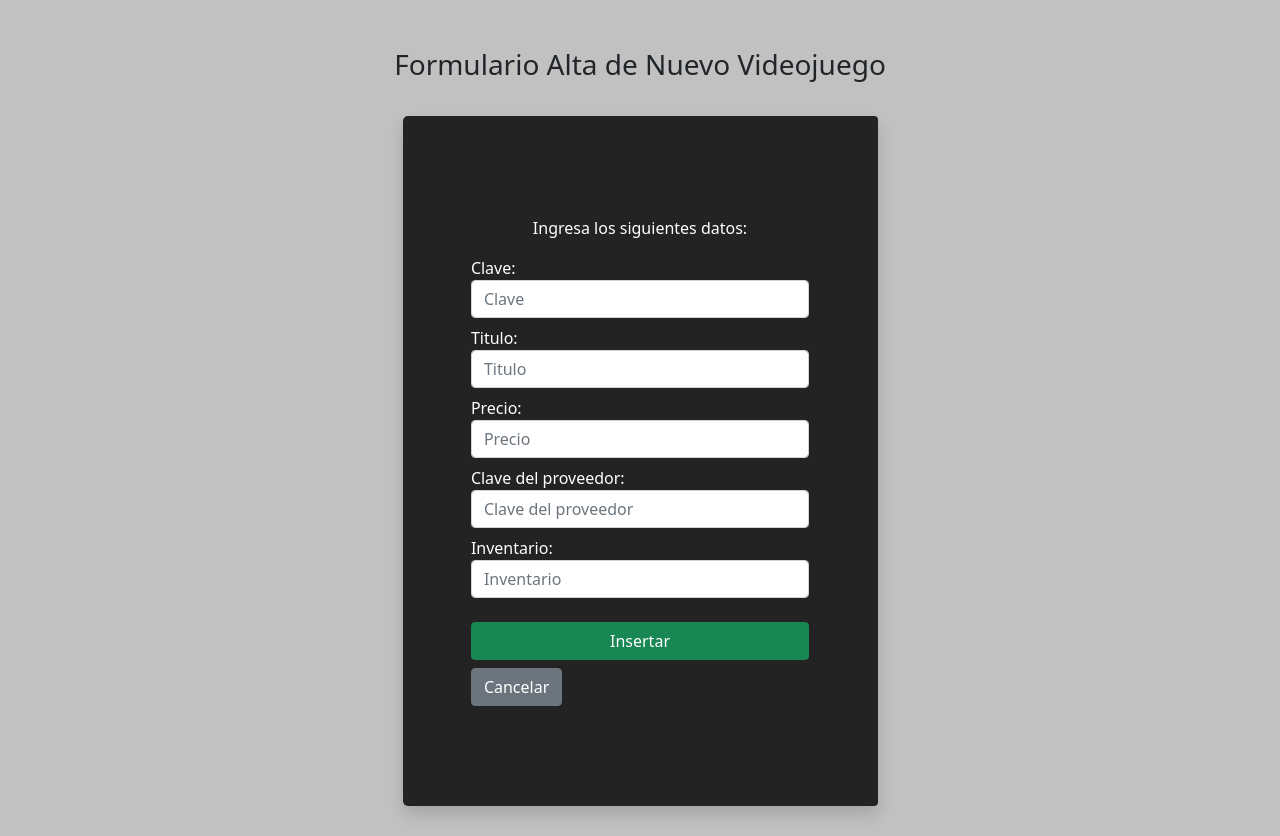
Repository: Jatziri16/JavaEE
Page: http://localhost/TiendaVideojuegos/FormularioInsertarVideojuego.jsp
These files come from the project's save history. The page is drawn as it stood at one moment and after the next save; the edit follows.
The browser window is 1280 px wide. The pictures show the whole page.
The page is served by Tomcat 9. Other server files are loaded and not shown.

Above is the page before, as saved 2023-12-06 22:40:30.

### TiendaVideojuegos/src/main/webapp/FormularioInsertarVideojuego.jsp
<?xml version="1.0" encoding="UTF-8"?>
<!DOCTYPE HTML PUBLIC "-//W3C//DTD HTML 4.01//EN" "http://www.w3.org/TR/html4/strict.dtd">
<html = lang "es">
	<head>
		<meta charset="UTF-8">
		<title>Formulario Alta Videojuego</title>
		<link rel=stylesheet href="css/style.css" type="text/css">
		<!-- Bootstrap -->
	 	<link href="https://cdn.jsdelivr.net/npm/bootstrap@5.1.3/dist/css/bootstrap.min.css" rel="stylesheet" integrity="sha384-1BmE4kWBq78iYhFldvKuhfTAU6auU8tT94WrHftjDbrCEXSU1oBoqyl2QvZ6jIW3" crossorigin="anonymous">
		<script type="text/javascript" src="js/validaciones_vid.js"></script>
	</head>
	<body style='background-color: rgba(50, 50, 50, 0.3);'>
		<div id="fondo">
			<h3 class="text-center mt-5 mb-1">Formulario Alta de Nuevo Videojuego</h3>
			<div class="container rounded-3 contenedor">
				<div class="row align-items-stretch justify-content-center">
					<div class="login-container col-7 col-sm-6 col-md-5 col-xl-5 rounded-end shadow">
						<p class="text-center">Ingresa los siguientes datos:</p>
						<div class="centrar">
							<!-- FORM -->
							<form action="InsertarVideojuego.do" method="GET" class="w-75">
								<label for="clave">Clave:</label>
								<input class="form-control mb-2" type="text" placeholder="Clave" name="cve" id="clave">

								<label for="titulo">Titulo:</label>
								<input class="form-control mb-2" type="text" placeholder="Titulo" name="titulo" id="titulo">

								<label for="precio">Precio:</label>
								<input class="form-control mb-2" type="text" placeholder="Precio" name="precio" id="precio">

								<label for="cveprov">Clave del proveedor:</label>
								<input class="form-control mb-2" type="text" placeholder="Clave del proveedor" name="cveprov" id="cveprov">

								<label for="inventario">Inventario:</label>
								<input class="form-control mb-4" type="text" placeholder="Inventario" name="inventario" id="inventario">

								<button class="btn btn-success w-100 mb-2" onclick="validarForms()" type="button">Insertar</button>
								<a class="btn btn-secondary" href="MostrarVideojuegos.jsp" role="button"> Cancelar </a>
							</form>
						</div>
					</div>
				</div>
			</div>
		</div>
	</body>
</html>

### TiendaVideojuegos/src/main/webapp/css/style.css
body
{
	background-color: gray;
}
h1
{
	text-align: center;
}
.contenedor {
    padding: 30px 0;
}

.centrar
{
display: flex;
  justify-content: center;
    /* margin: 0 auto; */
}
.centrar-2
{
	margin: 0 auto;
}
.invalido {
	margin-top: 5px;
    font-size: 80%;
}

.login-container {
    /* background-image: linear-gradient(rgba(0, 0, 0, 0.5), rgba(0, 0, 0, 0.5)), url(../../../../assets/imgs/login-bg.png); */
    background-size: cover;
    background-color: rgba(20, 20, 20, 0.908);
	border-radius: 5px;
    padding: 100px 50px;
    color: white;
}
.warning-container
{
	background-size: cover;
    background-color: red;
	border-radius: 5px;
    padding: 30px 50px;
    color: white;
}
.button {
  background-color: transparent; /* Green */
  border: none;
  padding: 5px 0;
  width: 100%;
  text-align: center;
  text-decoration: none;
  display: inline-block;
  font-size: 16px;
  margin: 4px 2px;
  transition-duration: 0.4s;
  cursor: pointer;
  border-radius: 8px;
}

.btn-insertar {
  color: white;
  border: 2px solid #4CAF50;
}
.btn-actualizar {
  color: white;
  border: 2px solid #db752d;
}
.btn-cancelar {
  color: white;
  border: 2px solid #474747;
}

.btn-insertar:hover {
  background-color: #4CAF50;
  color: white;
}
.btn-actualizar:hover {
  background-color: #db752d;
  color: white;
}
.btn-cancelar:hover {
  background-color: #474747;
  color: white;
}

/*input {
	border: 1px solid red;
}*/

### TiendaVideojuegos/src/main/webapp/js/validaciones_vid.js
function validarForms()
{
	console.log("ENTRO A validarForms()")
	let clave = document.getElementById("clave").value;
	let titulo = document.getElementById("titulo").value;
	let precio = document.getElementById("precio").value;
	let cveprov = document.getElementById("cveprov").value;
	let inv = document.getElementById("inventario").value;

	if(clave == "" || titulo == "" || precio == "" || cveprov == "" || inv == "") {
		setWarnsMsj();
	}
	else
	{
		alert("clave = "+clave+"\ntitulo = "+titulo+"\nprecio = "+precio+"\ncveprov = "+cveprov+"\ninv = "+inv)
		document.forms[0].action = "InsertarVideojuego.jsp?clave="+clave+"&titulo="+titulo+"&precio="+precio+"&cveprov="+cveprov+"&inventario="+inv;
		document.forms[0].method = "post";
		document.forms[0].submit();
		alert("Videojuego insertado");
	}
}

function setWarnsMsj()
{
    alert("Todos los campos son obligatorios")
}

After the next save:
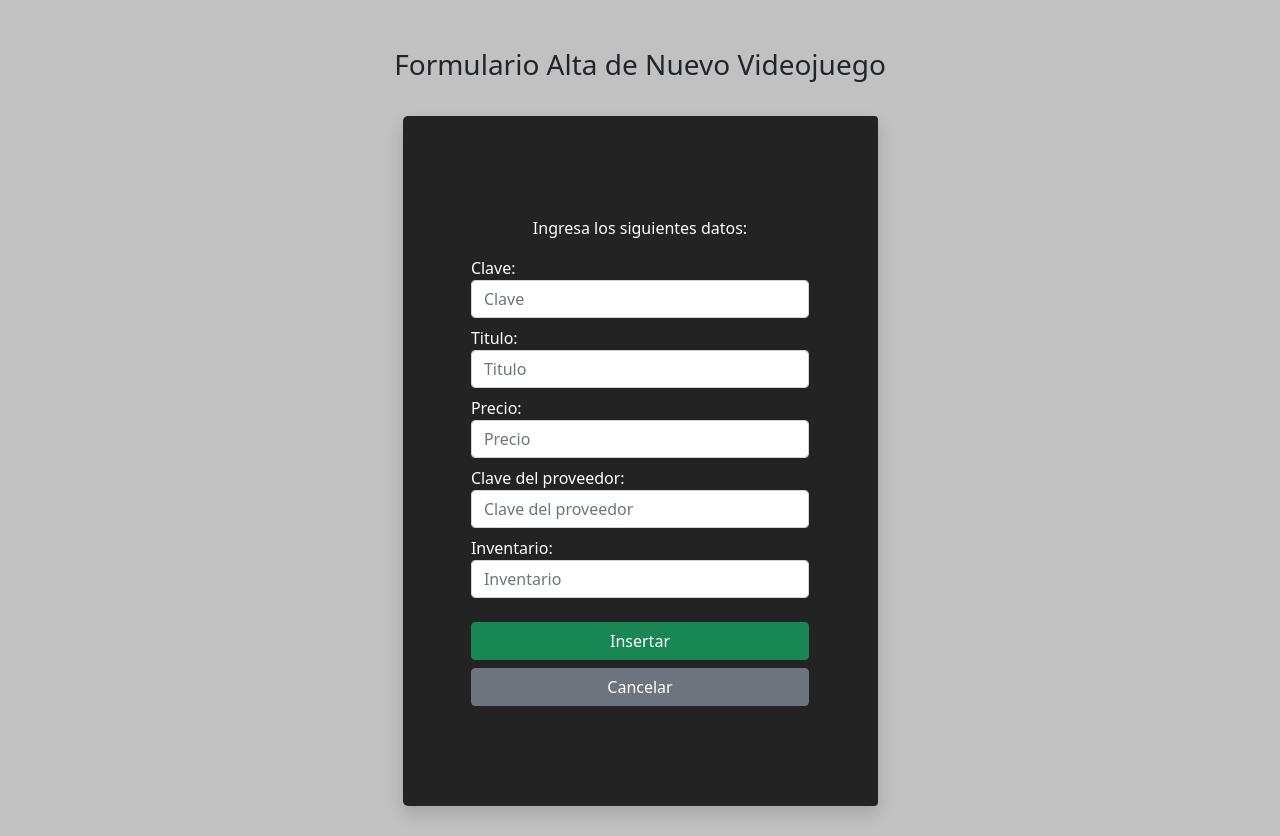
Saved 8 s later.
--- a/TiendaVideojuegos/src/main/webapp/FormularioInsertarVideojuego.jsp
+++ b/TiendaVideojuegos/src/main/webapp/FormularioInsertarVideojuego.jsp
@@ -35,7 +35,7 @@
 								<input class="form-control mb-4" type="text" placeholder="Inventario" name="inventario" id="inventario">
 
 								<button class="btn btn-success w-100 mb-2" onclick="validarForms()" type="button">Insertar</button>
-								<a class="btn btn-secondary" href="MostrarVideojuegos.jsp" role="button"> Cancelar </a>
+								<a class="btn btn-secondary w-100" href="MostrarVideojuegos.jsp" role="button"> Cancelar </a>
 							</form>
 						</div>
 					</div>
